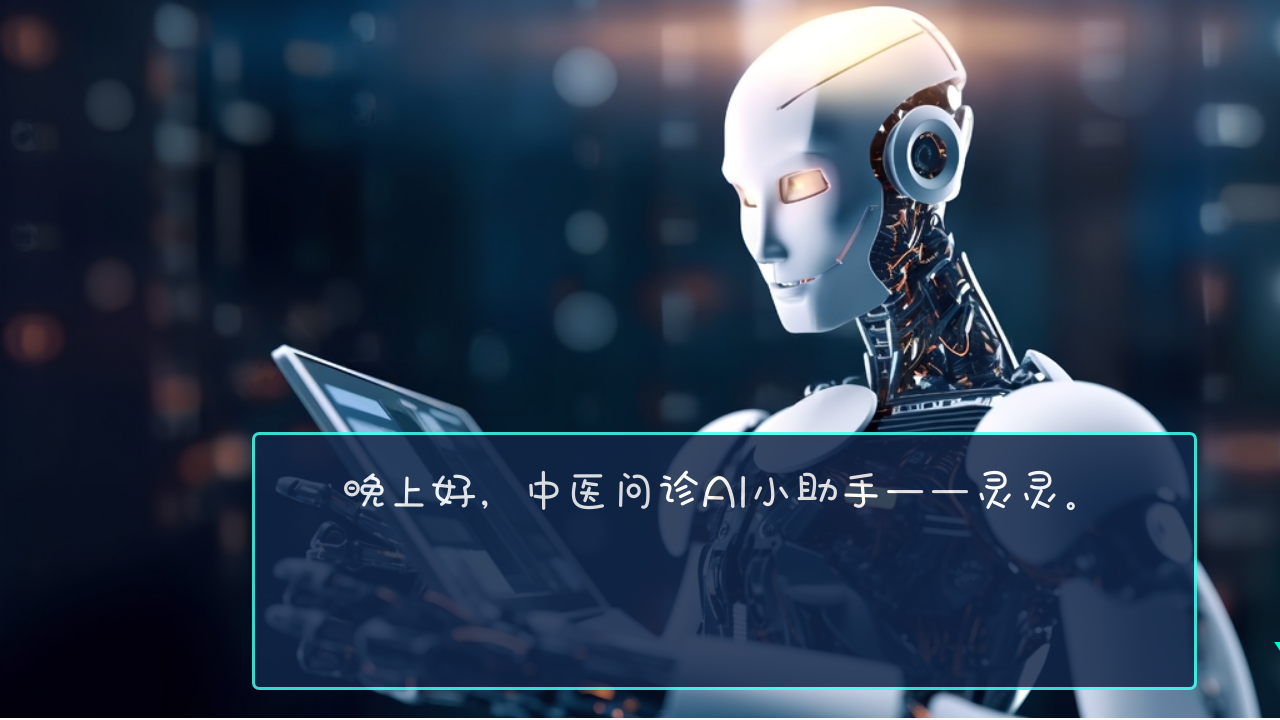
Repository: chjyume/zhongyi
Page: index3.html
These files come from the project's save history. The page is drawn as it stood at one moment and after the next save; the edit follows.
The browser window is 1280 px wide. The pictures show the whole page.

Above is the page before, as saved 2023-08-30 23:25:09.

### index3.html
<!DOCTYPE html>
<html>
	<head>
        <meta charset="utf-8" />
		<title>小故事引入</title>

        <link href="css\index3.css" rel="stylesheet" type="text/css">
		<link rel="stylesheet" type="text/css" href="family\font.css">
	</head>
	<style>
	body
	{
        background-image:url("img/img3-1.png");
		background-repeat:no-repeat;
        height: 100%;
        width: 100%;
        background-size:cover;
	}
	</style>
		<div id="textDiv"  tabindex="1" style="z-index:2;width:70%;cursor:pointer;"></div>
		<div id="endMarker" style="display: none;"></div>
		<div id="chosenDiv" style="display: none;  font-size: 50px;" tabindex="1">
			<div id="text1" tabindex="1">
			  <div id="bubble" class="t1"  tabindex="1"> 右佐匹克隆</div>
			  <div id="bubble" class="t2"  tabindex="1"> 奥沙西洋</div>
			  <div id="bubble" class="t3"  tabindex="1"> 加巴喷丁</div>
			  <div id="bubble" class="t4"  tabindex="1">苯二氮䓬类受体激动剂</div>
			  <div id="bubble" class="t5"  tabindex="1"> 艾司唑仑</div>
			  <div id="bubble" class="t6"  tabindex="1"> 三唑仑</div>
			  <div id="bubble" class="t7"  tabindex="1"> 水合氯醛</div>
			</div>
			<div id="text2"tabindex="1">
			  <div id="bubble" class="tt1"  tabindex="1"> 呼吸减慢法 </div>
			  <div id="bubble" class="tt2"  tabindex="1"> 联想法</div>
			  <div id="bubble" class="tt3"  tabindex="1"> 转动眼珠法</div>
			  <div id="bubble" class="tt4"  tabindex="1">用左侧鼻孔呼吸法</div>
			  <div id="bubble" class="tt5"  tabindex="1"> 回想法</div>
			  <div id="bubble" class="tt6"  tabindex="1"> 白噪音</div>
			  <div id="bubble" class="tt7"  tabindex="1"> 轻型助眠操</div>
			  <div id="bubble" class="tt8"  tabindex="1">安神补脑液</div>
			  <div id="bubble" class="tt9"  tabindex="1">刺激控制疗法</div>
			</div>
			<div id="text3"tabindex="1">
			  <div id="bubble" class="way1"  tabindex="1"> 中医针灸治疗（岐黄针） </div>
			  <div id="bubble" class="way2"  tabindex="1"> 中医音乐治疗</div>
			 <div id="bubble" class="way3"  tabindex="1">中医安神香囊</div>
			</div>
		</div>


	</body>
	<script src="js/index3.js"></script>
</html>

### css/index3.css
#textDiv {
    height: 25vh;
    position: fixed;
    padding: 5vh 3vh;
    font-family:HYLeMiaoTi;
    font-size: 3.5vw;
    line-height: 3.5vw;
    text-align: center;
    top:60vh;
    left: 35vh;

    color: #122648;
    background: #c2d9e9;
    border: 0.5vh solid #3fffef;
    border-radius: 1vh;
    opacity: 0.85;
    overflow: hidden;
  }
  #chosenDiv{
    position: fixed;
    width: calc(60%);
    height: calc(85%);
    margin: 10px;
    border: 2px solid #2c80ff;
    border-radius: 10px;
    background-color: transparent;
    backdrop-filter: blur(5px);
    z-index: 5;
  }

  #bubble{
margin: 20px;
position: fixed;
padding: 20px 12px;
font-family:HYLeMiaoTi;
font-size: 25px;
line-height: 40px;
color: #c0ffef;
background: #1a4c96;
border: 1px solid #86f3ff;
border-radius: 10px;
opacity: 0.8;
}

#endMarker {
  position: fixed;
  z-index: 2;
  width: 0;
  height: 0;
  margin:auto;
  top:90vh;
  left:177vh;
  border-left: 2vh solid transparent;
  border-right: 2vh solid transparent;
  border-top: 3vh solid #00ffcc;
  animation: jump 0.5s infinite alternate;
}

@keyframes jump {
  0% {
    transform: translateY(0);
  }

  100% {
    transform: translateY(-1vh);
  }
}

### family/font.css
@font-face {
    font-family: "HYLeMiaoTi";
    src:url("HYLeMiaoTiJ.ttf");
    font-weight: normal;
    font-style: normal;
}

### js/index3.js
var textDiv = document.getElementById('textDiv');
var texts = ['晚上好，中医问诊AI小助手——灵灵。',
  '晚上好，这么晚了，你怎么还不睡吗？',
  '我又失眠了，我的安眠药也吃完了，我怎么都睡不着',
  '我通过全网查询得到以下诸多方法治疗失眠，你可以诉说你的需求进行筛选',
  '我不想再吃安眠药了', '好的，已为你进行筛选', '我怕苦，不想吃中药',
  '好的，已为你再次筛选',
  '我怕痛',
  '好的，其中的针灸并不痛',
  '那我可以试着尝试一下'];
var currentTextIndex = -1;
var currentText = "";
var originalBackgroundColor = "lightblue";
var originalColor = "black";
var textContainer = document.getElementById('textContainer');
var textBox = document.getElementById('textBox');


function showNextText() {
  document.body.style.overflow = 'hidden';
  if (currentTextIndex < texts.length - 1) {
    var endMarker = document.getElementById('endMarker');
    endMarker.style.display = 'none';
    currentTextIndex++;
    currentText = texts[currentTextIndex];
    var i = 0;
    textDiv.innerHTML = ""; // 清空文字内容

    var typing = setInterval(function() {
      if (i < currentText.length) {
        var span = document.createElement("span");
        span.textContent = currentText.charAt(i);
        if (currentTextIndex % 2 === 0) {
          span.style.color = "white"; //改变字体颜色
          textDiv.style.backgroundColor = "#122648"; // 改变背景颜色
          textDiv.style.color = originalColor; // 设置字体颜色
        } else {
          span.style.color = originalColor; // 恢复字体颜色
          textDiv.style.backgroundColor = originalBackgroundColor; // 恢复背景颜色
        }
        textDiv.appendChild(span);
        i++;
        if (currentTextIndex === texts.length - 8) {
          var chosenDiv = document.getElementById('chosenDiv');
          chosenDiv.style.display = 'block';
        }
         if (i === currentText.length) {
          var endMarker = document.getElementById('endMarker');
          endMarker.style.display = 'block';
        }
      } else {

        clearInterval(typing);
      }
    }, 100);
  } else {
    return;
  }
}
textDiv.addEventListener('click', showNextText);

showNextText();

After the next save:
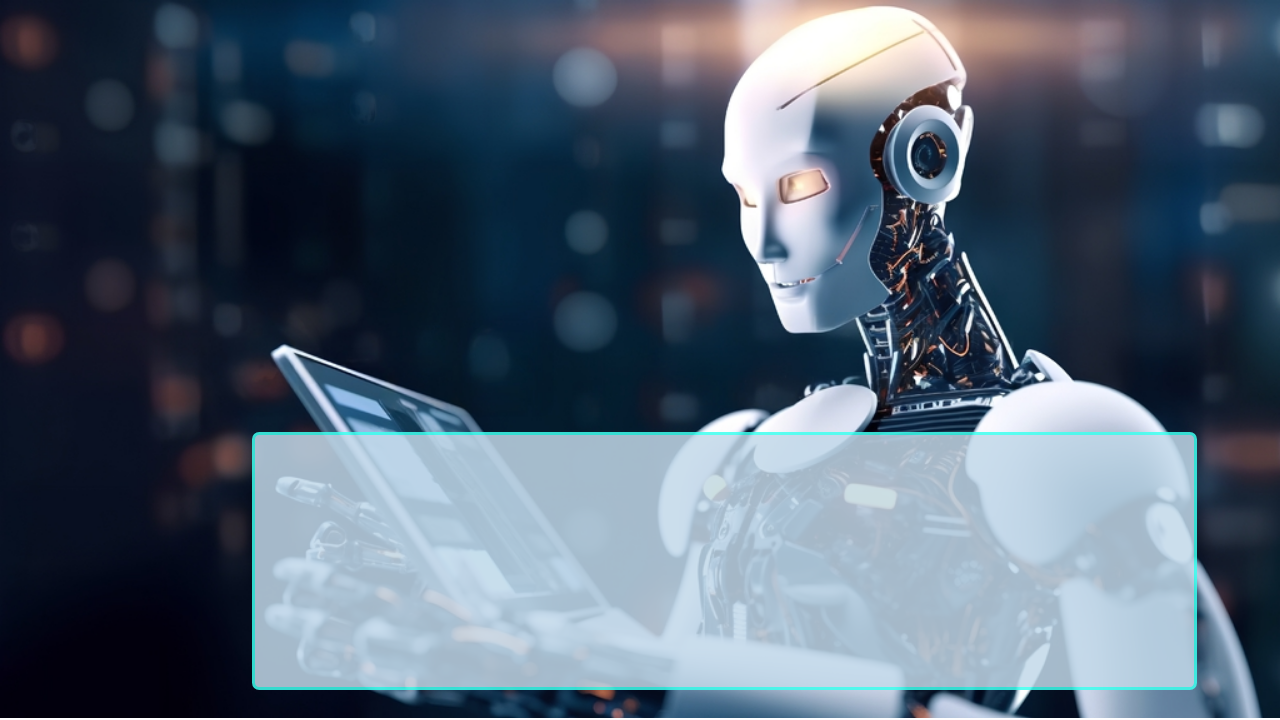
Console error: TypeError: Cannot set properties of null (setting 'textContent')
Saved 17 s later.
--- a/js/index3.js
+++ b/js/index3.js
@@ -17,6 +17,7 @@ var textBox = document.getElementById('textBox');
 
 
 function showNextText() {
+   textBox.textContent = currentText;
   document.body.style.overflow = 'hidden';
   if (currentTextIndex < texts.length - 1) {
     var endMarker = document.getElementById('endMarker');

After the save that followed:
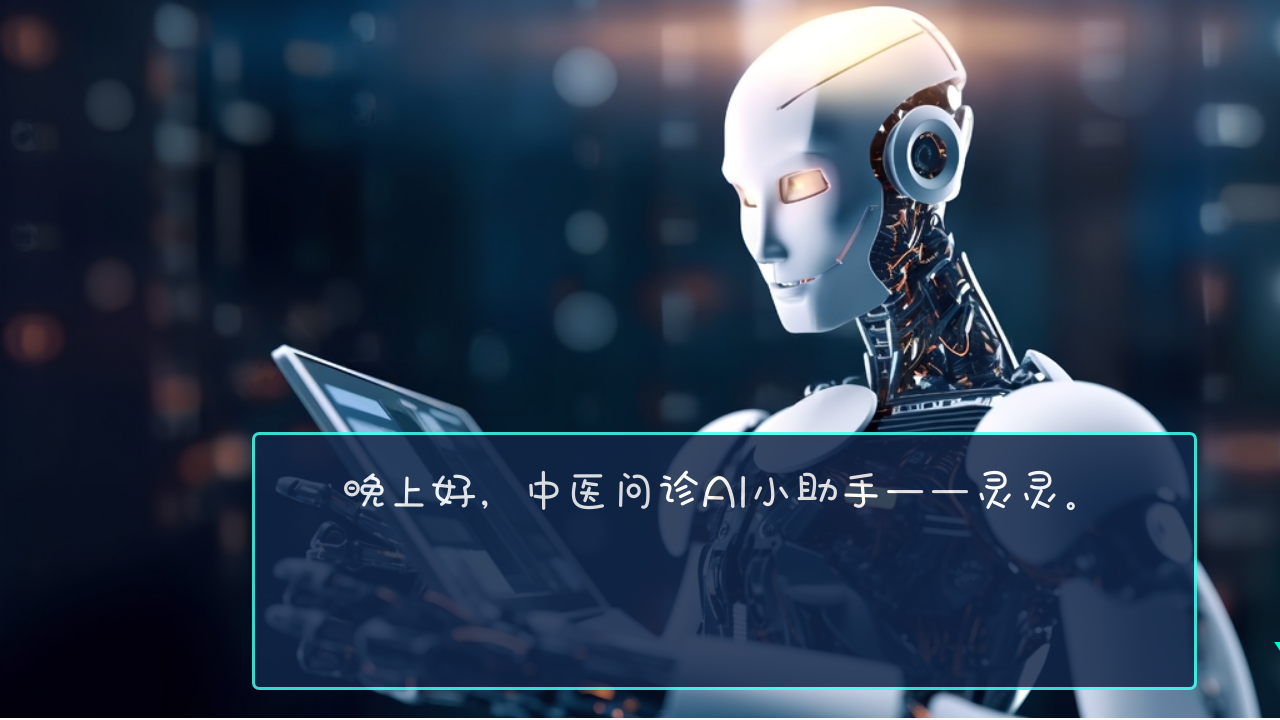
The error is gone.
Saved 10 s later.
--- a/js/index3.js
+++ b/js/index3.js
@@ -17,7 +17,7 @@ var textBox = document.getElementById('textBox');
 
 
 function showNextText() {
-   textBox.textContent = currentText;
+
   document.body.style.overflow = 'hidden';
   if (currentTextIndex < texts.length - 1) {
     var endMarker = document.getElementById('endMarker');
